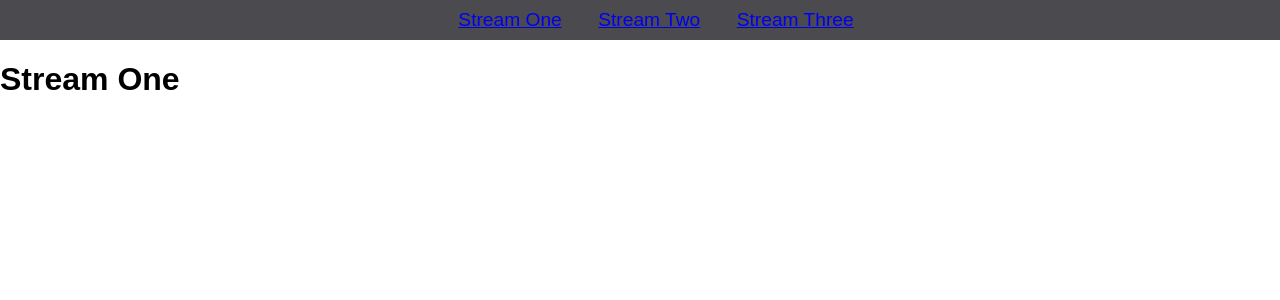
Repository: jessezauka/My-Second-Page
Page: stream-one.html
The author's editor kept a record of every edit. The page is drawn from the files as they stood at one moment, then again after the next edit.
The browser window is 1280 px wide. The pictures show the whole page.

Above is the page before.

### stream-one.html
<html>
    <head>
        <title>Hello World</title>
        <link href="css/style.css" rel="stylesheet" type="text/css">
    </head>
    <body>
        <nav>
            <ul>
                <li><a href="stream-one.html">Stream One</a></li>
                <li><a href="stream-two.html">Stream Two</a></li>
                <li><a href="stream-three.html">Stream Three</a></li>
            </ul>
        </nav>
        <h1>Stream One</h1>
        <div class="card">
            <a href="https://en.wikipedia.org/wiki/HTML5">

            <h2></h2>
            </a>
        </div>
    </body>
</html>

### css/style.css
body {
    margin: 0;
    padding: 0;
    font-family: 'Oswald', sans-serif;
}
    nav ul {
        list-style: none;
        background-color: #4a4a4f;
        text-align: center;
        margin: 0;
        padding: 0;
}

nav li {
    font-size: 1.2em;
    line-height: 40px;
    height: 40px;
    display: inline-block;
    margin-left: 2.5%;
}

After the next edit:
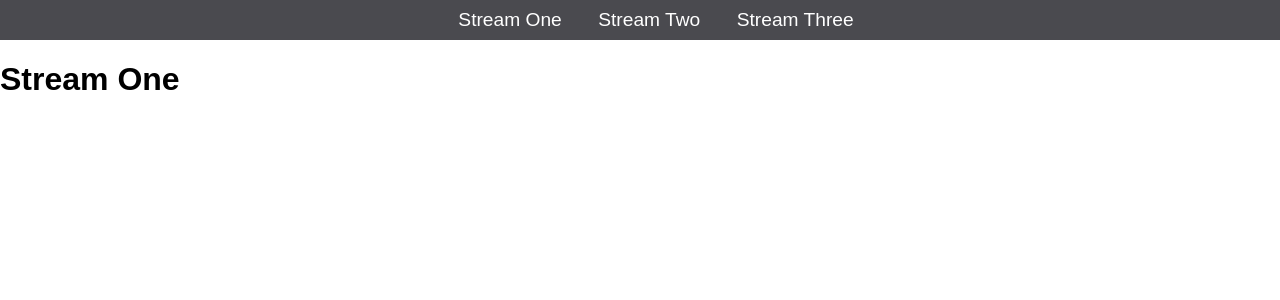
The edit:
--- a/css/style.css
+++ b/css/style.css
@@ -18,3 +18,14 @@
     display: inline-block;
     margin-left: 2.5%;
 }
+
+nav a {
+    text-decoration: none;
+    color: #ffffff;
+    display: block;
+}
+
+nav a:hover {
+    background-color: #ffffff;
+    color: #4a4a4f;
+}
